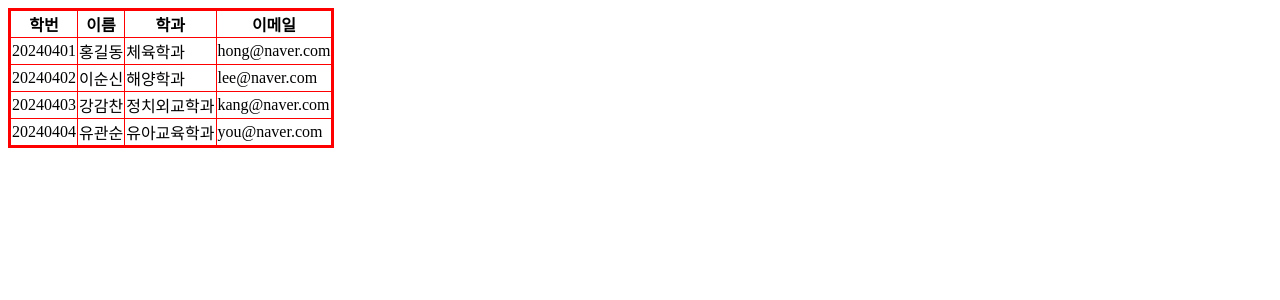
Repository: bbseok97/HTML
Page: HTML/src/main/webapp/table_css.html
An editor plug-in stored every save of this project. The page is shown before and after the next save, followed by the edit.
The browser window is 1280 px wide. The pictures show the whole page.

Above is the page before, as saved 2024-04-04 05:56:29.

After the next save:
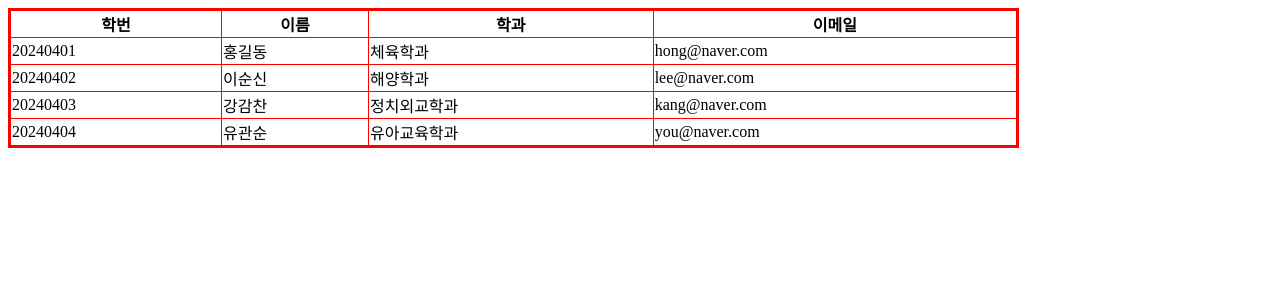
Saved 57 s later.
--- a/HTML/src/main/webapp/table_css.html
+++ b/HTML/src/main/webapp/table_css.html
@@ -12,6 +12,7 @@
 			table {							/* 태그 선택자 사용 */
 				border-collapse: collapse;	/* 중복 테두리 제거 collapse */
 				border: 3px solid red;	/* border(태그 외곽) 처리 : 두께, 선 타입, 색상 */
+				width: 80%;
 			}
 		</style>
 
